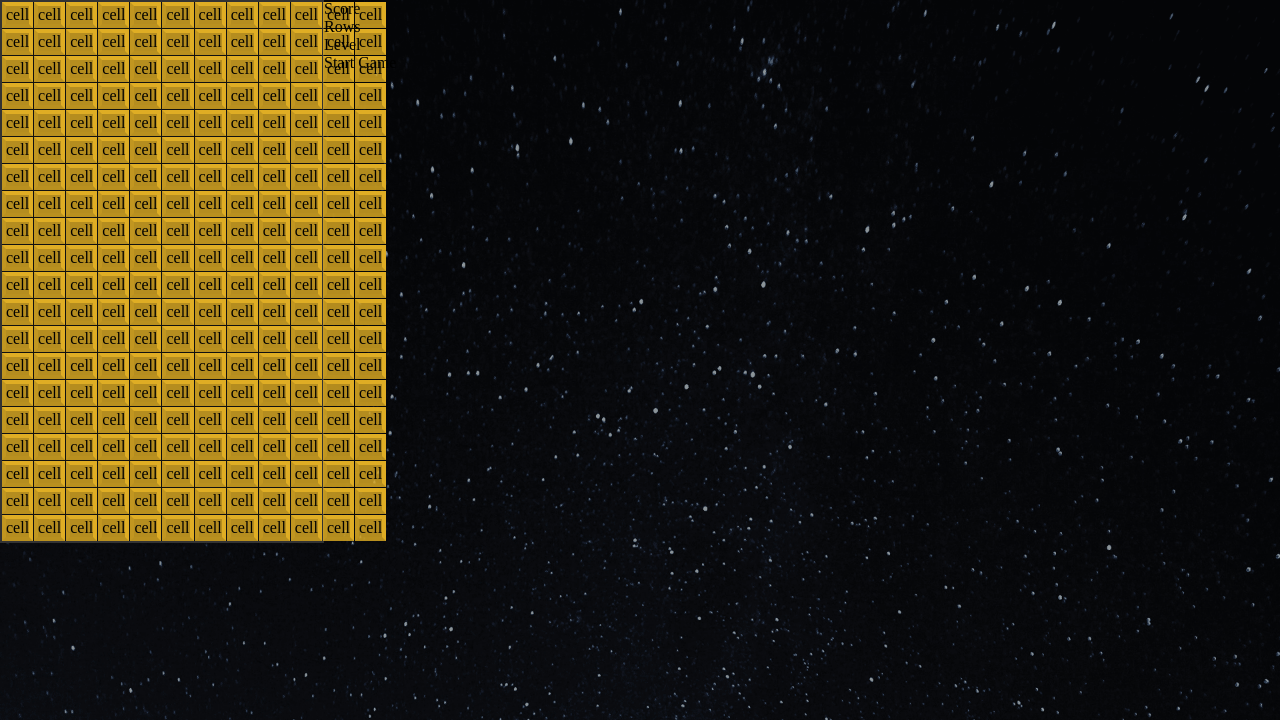
Repository: dpeshevski/reack-hooks-tetris
Page: /
An editor plug-in stored every save of this project. The page is shown before and after the next save, followed by the edit.
The browser window is 1280 px wide. The pictures show the whole page.
The project was rebuilt for these pictures with package versions that can differ from the ones it lists, and the page was loaded fresh each time.

Above is the page before, as saved 2020-11-21 22:39:33.

After the next save:
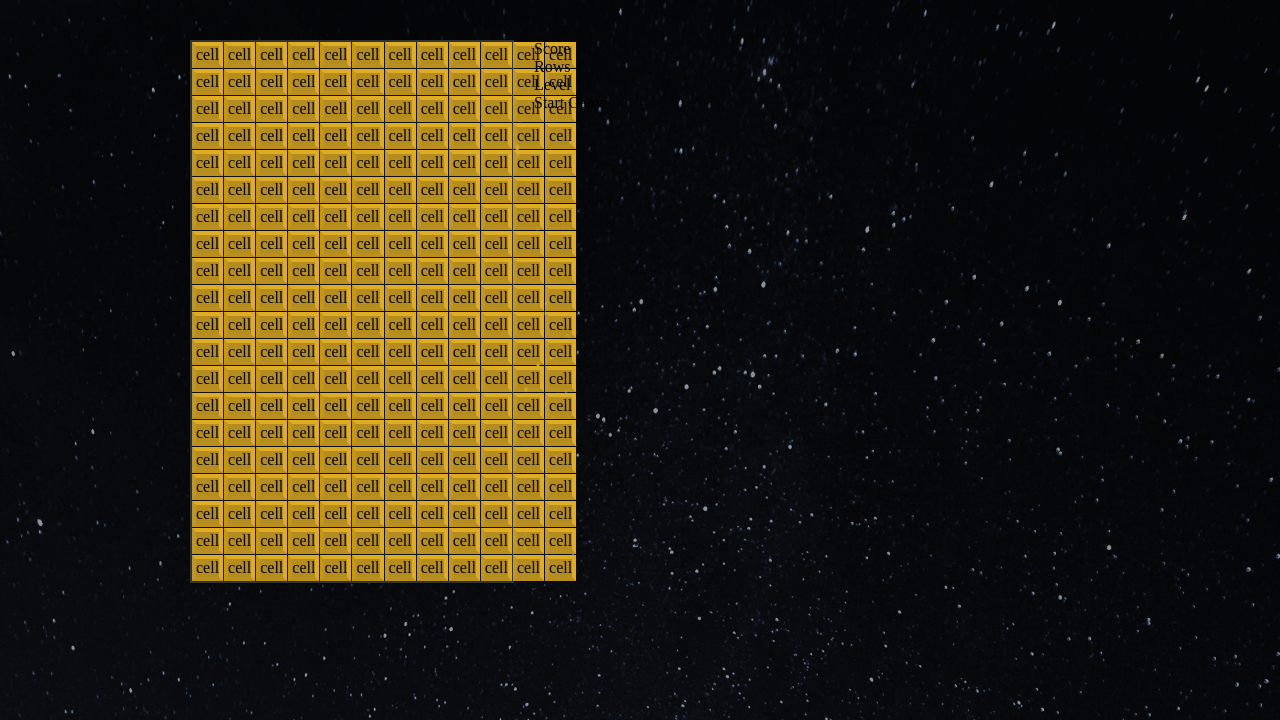
Saved 86 s later.
--- a/src/components/styles/StyledTetris.js
+++ b/src/components/styles/StyledTetris.js
@@ -13,14 +13,13 @@ export const StyledTetrisWrapper = styled.div`
 export const StyledTetris = styled.div`
   display: flex;
   align-items: flex-start;
-  padding: 40pxl
+  padding: 40px;
   margin: 0 auto;
   max-width: 900px;
-
-  asside {
+  aside {
     width: 100%;
     max-width: 200px;
     display: block;
     padding: 0 20px;
   }
-`
+`;
